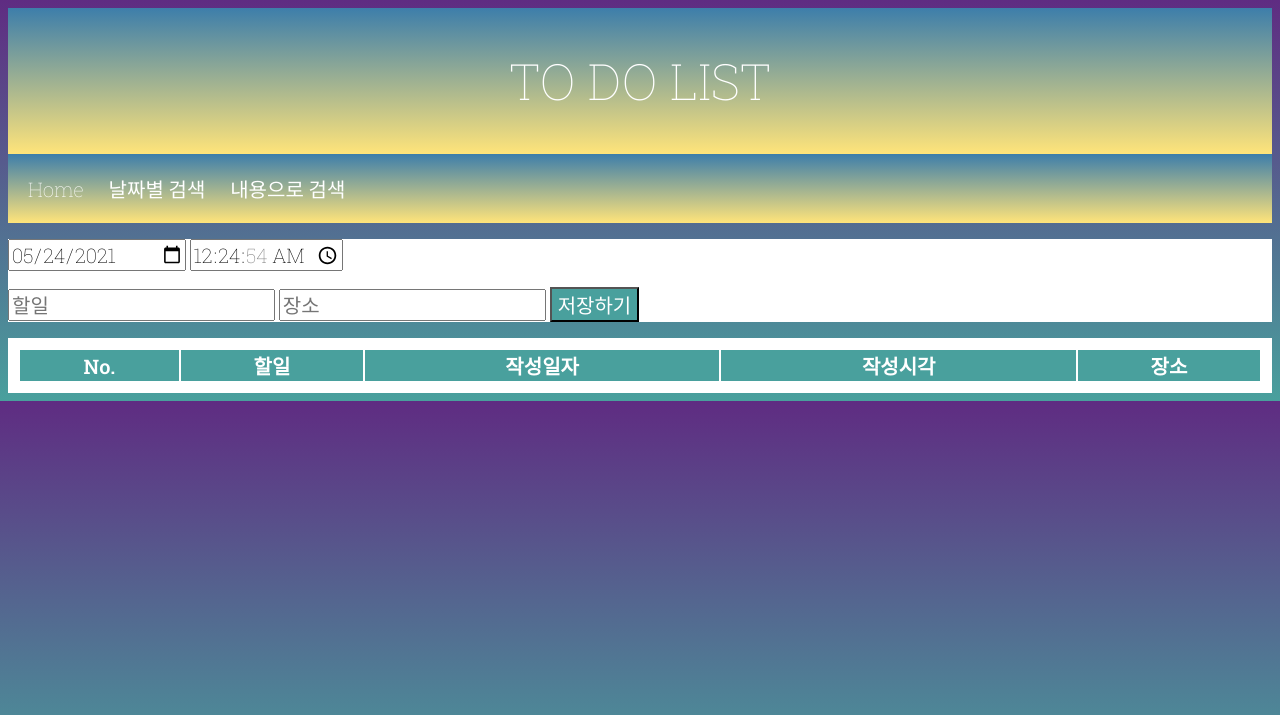
Repository: kimyoungjin98/Exam_Project
Page: http://localhost/Server_PR_TodoList/
The author's editor kept a copy of each file at every save. The page is drawn from the files as they stood at one save, then again after the next save.
The browser window is 1280 px wide. The pictures show the whole page.
Some web fonts or font styles are not loaded; a fallback is used. The page is served by Tomcat 9. Queries for data that is not in the repository find no rows.

Above is the page before, as saved 2021-05-25 02:17:24.

After the next save:
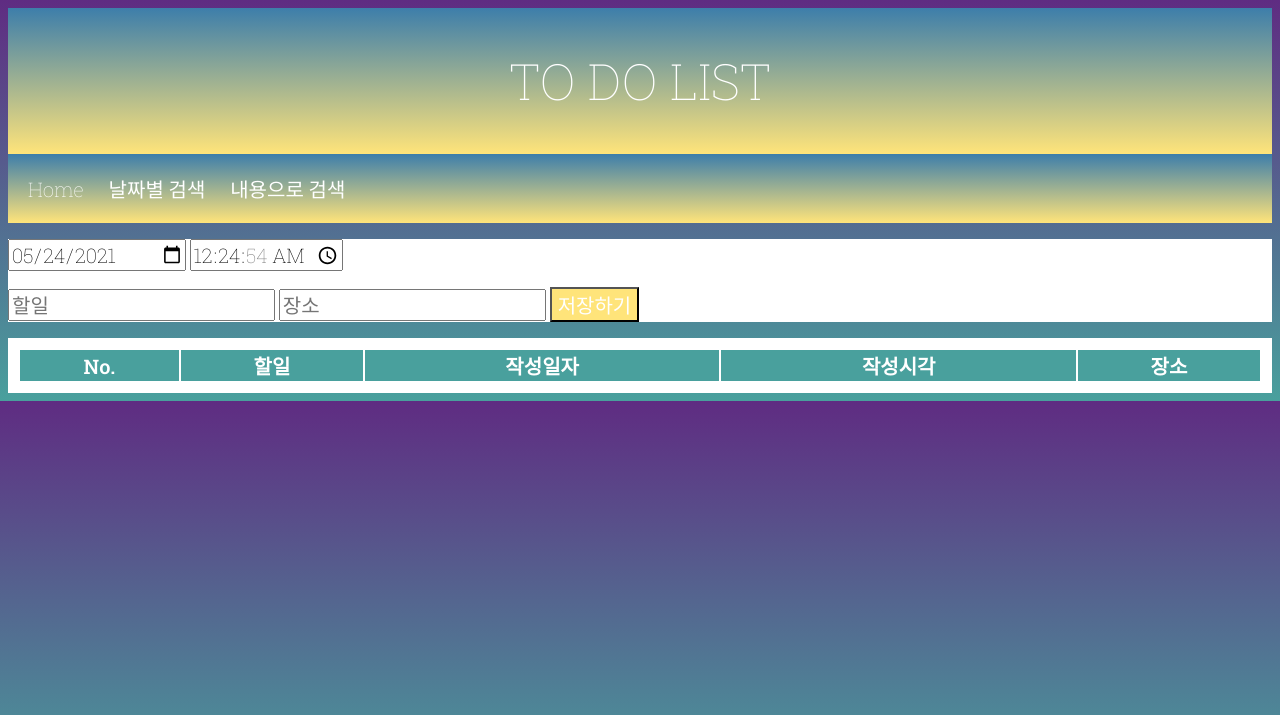
Saved 6 s later.
--- a/Server_PR_TodoList/src/main/webapp/WEB-INF/views/write.jsp
+++ b/Server_PR_TodoList/src/main/webapp/WEB-INF/views/write.jsp
@@ -54,7 +54,7 @@ document.addEventListener("DOMContentLoaded", function(ev){
 	}
 
 	button{
-		background-color: #49a09d;
+		background-color: #ffe47a;
 		color:white;
 		font-size:20px;
 		cursor:pointer;
